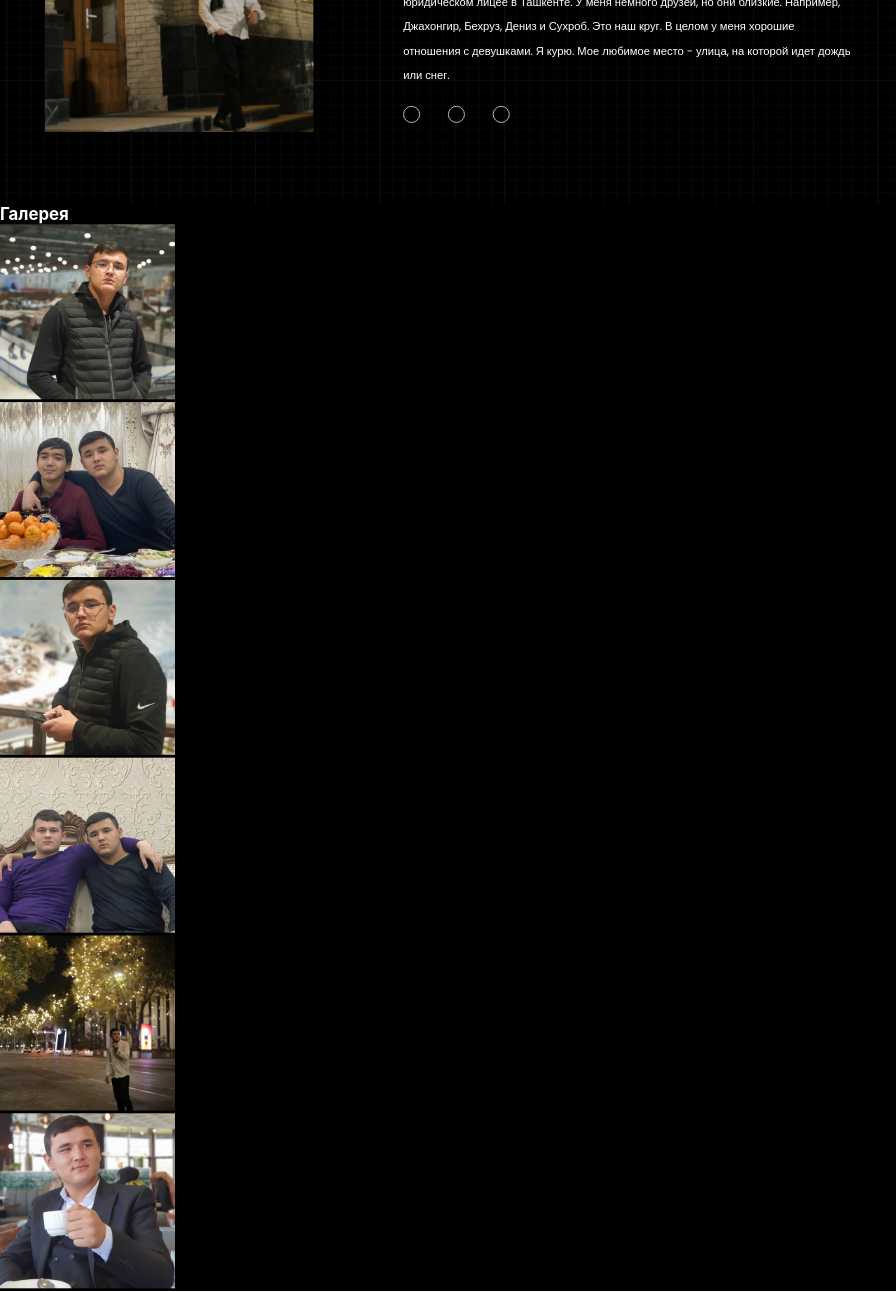
Repository: sardorexe/xishnik
Page: /
These files come from the project's save history. The page is drawn as it stood at one moment and after the next save; the edit follows.
The browser window is 1280 px wide. The pictures show the part of the page from y = 1148 to 3068 px (the page is 2993 px tall before and 3068 px after), at 70% of full size.
Some icons come from a web library that is not loaded, so they are not drawn. Some web libraries are served in a nearby version. The project was rebuilt for these pictures with package versions that can differ from the ones it lists, and the page was loaded fresh each time. Some packages were replaced by stand-ins written for this rebuild. The framework's server and built-in components were replaced by stand-ins that run in the browser. Also part of the build but not shown: next.config.js.

Above is the page before, as saved 2021-09-27 21:22:27.

### pages/_app.js
import "../styles/globals.css";
import Layout from "../comps/layout";
import Head from "next/head";

function MyApp({ Component, pageProps }) {
  return (
    <>
      <Head>
        <link
          rel="stylesheet"
          href="https://pro.fontawesome.com/releases/v5.10.0/css/all.css"
          integrity="sha384-AYmEC3Yw5cVb3ZcuHtOA93w35dYTsvhLPVnYs9eStHfGJvOvKxVfELGroGkvsg+p"
          crossorigin="anonymous"
        />
      </Head>
      <Layout>
        <Component {...pageProps} />
      </Layout>
    </>
  );
}

export default MyApp;

### pages/_document.js
import Document, { Html, Head, Main, NextScript } from "next/document";

class MyDocument extends Document {
  static async getInitialProps(ctx) {
    const initialProps = await Document.getInitialProps(ctx);
    return { ...initialProps };
  }

  render() {
    return (
      <Html lang="en">
        <Head />
        <body>
          <Main />
          <NextScript />
        </body>
      </Html>
    );
  }
}

export default MyDocument

### pages/index.js
import Head from "next/head";
import Biography from "../comps/Biography";
import Gallery from "../comps/Gallery";
import Header from "../comps/Header";

export default function Home() {
  return (
    <>
      <Head>
        <title>Xishnik</title>
        <meta name="description" content="Xishnik gang bang" />
        <link rel="preconnect" href="https://fonts.googleapis.com" />
        <link rel="preconnect" href="https://fonts.gstatic.com" crossOrigin />
        <link
          href="https://fonts.googleapis.com/css2?family=Montserrat:wght@100;300;400;700&family=Poppins:wght@300;400;500;700&family=Quicksand:wght@700&display=swap&family=Racing+Sans+One&display=swap"
          rel="stylesheet"
        />
      </Head>
      <Header />
      <Biography />
      <Gallery />
    </>
  );
}

### styles/globals.css
::-webkit-scrollbar {
  display: none;
}

html,
body {
  padding: 0;
  margin: 0;
  font-family: -apple-system, BlinkMacSystemFont, Segoe UI, Roboto, Oxygen,
    Ubuntu, Cantarell, Fira Sans, Droid Sans, Helvetica Neue, sans-serif;
  box-sizing: border-box;
}

h1,
h2,
h3,
h4,
h5,
h6,
p {
  margin: 0;
  padding: 0;
}

a {
  color: inherit;
  text-decoration: none;
}

* {
  box-sizing: border-box;
}

### comps/layout.js
import Indicator from "./Indicator";

export default function Layout({ children }) {
  return (
    <>
      <Indicator />
      {children}
    </>
  );
}

### comps/Biography.js
import styles from "../styles/Biography.module.css";
import { useState, useEffect } from "react";
import AboutBox from "./miniComp/AboutBox";
import SocialMedia from "./miniComp/SocialMedia";

export default function Biography() {
  const [age, setAge] = useState(0);

  const calcAge = () => {
    let date = new Date();
    setAge(date.getFullYear() - 2004);
  };

  useEffect(() => {
    calcAge();
  }, []);

  return (
    <main className={styles.container}>
      <h1 className={styles.contentTitle}>Биография</h1>
      <div className={styles.parentContent}>
        <div className={styles.img}>
          <img
            src="/biography.jpg"
            width="100%"
            alt="xishnik, ilhom, xiwnik, hishnik, hiwnik, litsey, yurist, xorazm, gurlan"
          />
        </div>
        <div className={styles.content}>
          <h2>
            <li>Ильхaм Эгамберганов</li>
          </h2>
          <div className={styles.about}>
            <AboutBox
              icon="fal fa-calendar"
              title="Дата рождения"
              content="22.12.2004"
            />
            <AboutBox
              icon="fas fa-map-marker-alt"
              title="Место рождения"
              content="Хорезм, Узбекистан"
            />
            <AboutBox
              icon="fas fa-briefcase"
              title="Профессия"
              content="Юрист"
            />
          </div>
          <p className={styles.more}>
            Как дела? Я Ильхом. Я родился в Хорезме. Мне {age} лет. Реалист.
            Сейчас я учусь в юридическом лицее в Ташкенте. У меня немного
            друзей, но они близкие. Например, Джахонгир, Бехруз, Дениз и Сухроб.
            Это наш круг. В целом у меня хорошие отношения с девушками. Я курю.
            Мое любимое место - улица, на которой идет дождь или снег.
          </p>
          <div className={styles.social}>
            <SocialMedia
              icon="fab fa-instagram"
              url="https://instagram.com/xishnik_3583"
            />
            <SocialMedia icon="fas fa-phone" url="tel:+998974533583" />
            <SocialMedia
              icon="fab fa-telegram-plane"
              url="https://t.me/MR_ILKHAM"
            />
          </div>
        </div>
      </div>
      <div className={styles.freeContent}></div>
    </main>
  );
}

### comps/Gallery.js
import styles from "../styles/Gallery.module.css";

export default function Gallery() {
  return (
    <section className={styles.container}>
      <h1 className={styles.title}>Галерея</h1>
      <div className={styles.photos}>
        <div className={styles.photo}>
          <img
            src="/gallery1.jpg"
            alt="Xishnik jalla xishnik, ilhom, xiwnik, hishnik, hiwnik, litsey, yurist, xorazm, gurlan"
          />
        </div>
        <div className={styles.photo}>
          <img
            src="/gallery2.jpg"
            alt="Xishnik jalla xishnik, ilhom, xiwnik, hishnik, hiwnik, litsey, yurist, xorazm, gurlan"
          />
        </div>
        <div className={styles.photo}>
          <img
            src="/gallery3.jpg"
            alt="Xishnik jalla xishnik, ilhom, xiwnik, hishnik, hiwnik, litsey, yurist, xorazm, gurlan"
          />
        </div>
        <div className={styles.photo}>
          <img
            src="/gallery4.jpg"
            alt="Xishnik jalla xishnik, ilhom, xiwnik, hishnik, hiwnik, litsey, yurist, xorazm, gurlan"
          />
        </div>
        <div className={styles.photo}>
          <img
            src="/gallery5.jpg"
            alt="Xishnik jalla xishnik, ilhom, xiwnik, hishnik, hiwnik, litsey, yurist, xorazm, gurlan"
          />
        </div>
        <div className={styles.photo}>
          <img
            src="/gallery6.jpg"
            alt="Xishnik jalla xishnik, ilhom, xiwnik, hishnik, hiwnik, litsey, yurist, xorazm, gurlan"
          />
        </div>
      </div>
    </section>
  );
}

### comps/Header.js
import styles from "../styles/Home.module.css";

export default function Header() {
  return (
    <>
      <header className={styles.header}>
        <div className={styles.background}>
          <video
            loop
            muted
            autoPlay
            style={{
              objectFit: "cover",
              height: "100%",
              width: "40%",
              opacity: "0.6",
            }}
            src="/background.mp4"
          ></video>
        </div>
        <div className={styles.content}>
          <div className={styles.textContent}>
            <h1>XISHNIK GANG</h1>
            <li> -- Я получу всё что хочу</li>
          </div>
        </div>
      </header>
    </>
  );
}

### comps/Indicator.js
import { useState, useEffect } from "react";

export default function Indicator() {
  const [width, setWidth] = useState(0);
  const watchScrolling = () => {
    let winScroll =
      document.body.scrollTop || document.documentElement.scrollTop;
    let height =
      document.documentElement.scrollHeight -
      document.documentElement.clientHeight;
    let scrolled = (winScroll / height) * 100;
    setWidth(scrolled);
  };

  useEffect(() => {
    window.onscroll = function () {
      watchScrolling();
    };
  }, [width]);

  return (
    <>
      <div className="indicator"></div>
      <style jsx>{`
        .indicator {
          position: fixed;
          top: 0;
          left: 0;
          width: ${width}%;
          height: 4px;
          background: #fff;
          z-index: 99999999;
        }
      `}</style>
    </>
  );
}

### styles/Biography.module.css
.container {
  background: url(/background.jpg);
  background-size: cover;
  background-repeat: no-repeat;
  display: flex;
  flex-direction: column;
  justify-content: space-between;
  align-items: center;
  color: #fff;
  min-height: 100vh;
}

.contentTitle {
  font-family: "Montserrat", sans-serif;
  font-weight: bold;
  margin-top: 55px;
  font-size: 40px;
}

.parentContent {
  display: flex;
  flex-direction: row;
  justify-content: space-around;
  width: 100%;
}

.content {
  display: flex;
  flex-direction: column;
  align-items: flex-start;
  justify-content: space-around;
  width: 50%;
}

.content h2 {
  margin-bottom: 40px;
}

.img {
  overflow: hidden;
  width: 30%;
}

.img img {
  width: 100%;
  height: 100%;
  object-fit: cover;
}

.about {
  display: flex;
  flex-direction: row;
  align-items: center;
  justify-content: space-between;
  flex-wrap: wrap;
}

.more {
  font-family: "Poppins", sans-serif;
  font-weight: medium;
  line-height: 35px;
}

.social {
  display: flex;
  flex-direction: row;
  align-items: flex-start;
}

.freeContent {
  margin-top: 15px;
}

### comps/miniComp/AboutBox.js
export default function AboutBox({ icon, title, content }) {
  return (
    <>
      <div className="aboutBox">
        <div className="icon">
          <i className={icon}></i>
        </div>
        <div className="text">
          <p className="title">{title}</p>
          <p className="content">{content}</p>
        </div>
      </div>
      <style jsx>{`
        .aboutBox {
          display: flex;
          flex-direction: row;
          align-items: center;
          justify-content: center;
          margin: 0 10px 10px 0;
        }

        .icon {
          display: flex;
          align-items: center;
          justify-content: center;
          margin-right: 10px;
          padding: 10px;
          border-right: 1px solid #fff;
        }

        .title {
          font-family: "Montserrat", sans-serif;
          color: #5a5a5a;
        }

        .content {
          font-family: "Poppins", sans-serif;
          font-weight: bold;
        }

        .icon i {
          color: #fff;
        }
      `}</style>
    </>
  );
}

### comps/miniComp/SocialMedia.js
import styles from "../../styles/Social.module.css";
import Link from "next/link";

export default function SocialMedia({ icon, url }) {
  return (
    <Link href={url}>
      <a className={styles.button} target="_blank">
        <span className={styles.background}></span>
        <i className={icon}></i>
      </a>
    </Link>
  );
}

### styles/Gallery.module.css
.container {
  min-height: 100vh;
  background: #000;
  color: #fff;
}

### styles/Home.module.css
.header {
  background-color: #000;
  height: 100vh;
  display: flex;
  justify-content: center;
  align-items: center;
}

.background {
  width: 80%;
  height: 100vh;
  position: absolute;
  top: 0;
  left: 0;
}

.content {
  margin-left: 80px;
  width: 60%;
  height: 100%;
  z-index: 9999;
  display: flex;
  justify-content: center;
  align-items: center;
  background: rgb(0, 0, 0);
}

.content h1 {
  font-family: 'Racing Sans One', cursive;
  font-size: 46px;
  margin: 0;
  font-weight: 700;
  z-index: 9999;
  color: #fff;
}

.content li {
  color: rgba(255, 255, 255, 0.527);
  font-family: 'Inter', sans-serif;
  font-weight: lighter;
}

### styles/Social.module.css
.button {
  position: relative;
  border: 1px solid #fff;
  padding: 11px;
  display: flex;
  justify-content: center;
  align-items: center;
  border-radius: 50px;
  overflow: hidden;
  margin-right: 40px;
}

.background {
  position: absolute;
  top: 0;
  left: 0;
  width: 100%;
  height: 100%;
  background-color: #fff;
  transform: scaleY(0);
  transform-origin: top center;
  transition: transform 0.3s cubic-bezier(0.445, 0.05, 0.55, 0.95);
}

.button:hover .background {
  transform-origin: bottom center;
  transform: scaleY(1);
}

.button i {
  color: #fff;
  z-index: 1;
  font-size: 20px;
  transition: color 0.3s ease;
}

.button:hover i {
    color: #000;
}

After the next save:
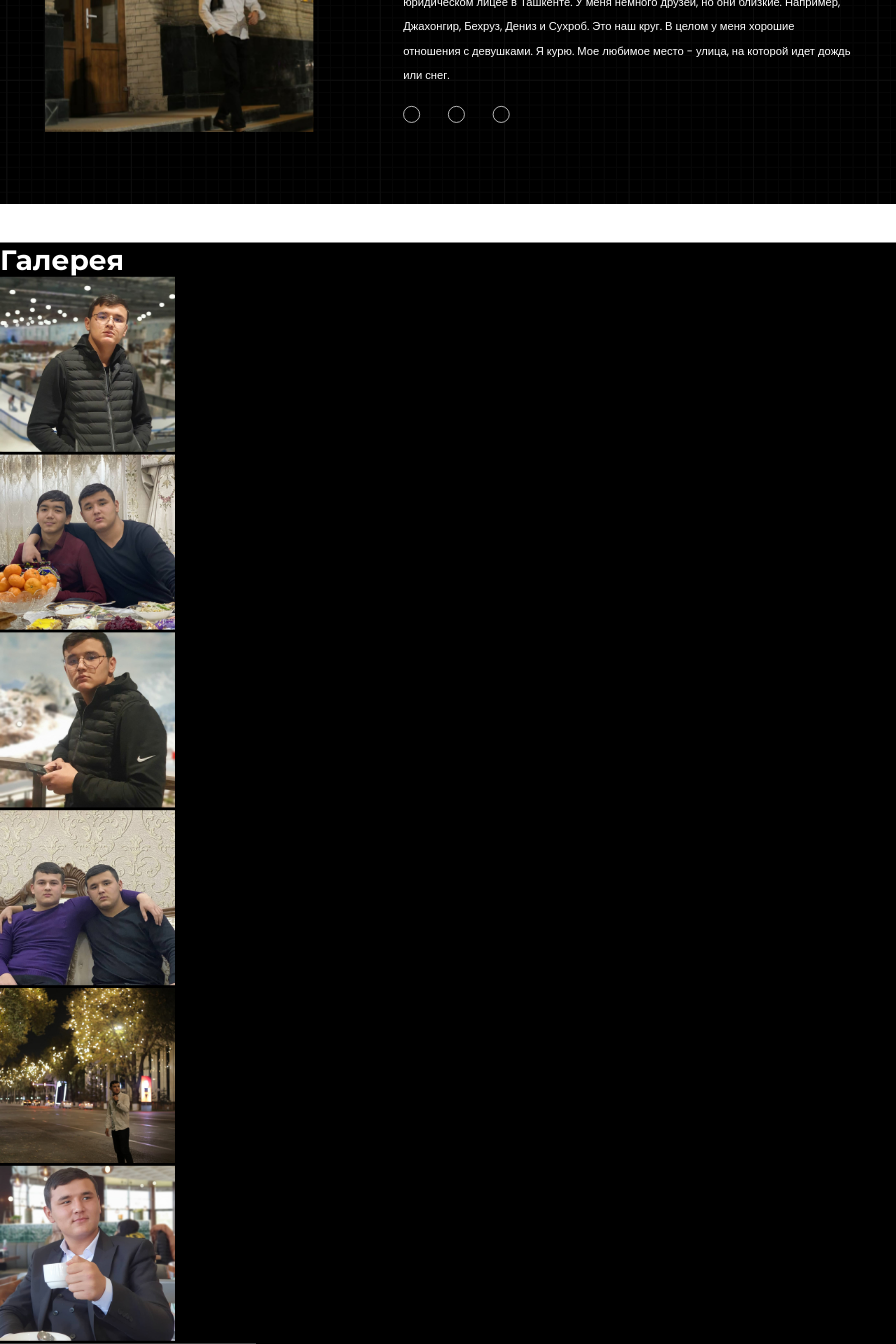
Saved 21 s later.
--- a/styles/Gallery.module.css
+++ b/styles/Gallery.module.css
@@ -3,3 +3,10 @@
   background: #000;
   color: #fff;
 }
+
+.title {
+  font-family: "Montserrat", sans-serif;
+  font-weight: bold;
+  margin-top: 55px;
+  font-size: 40px;
+}
